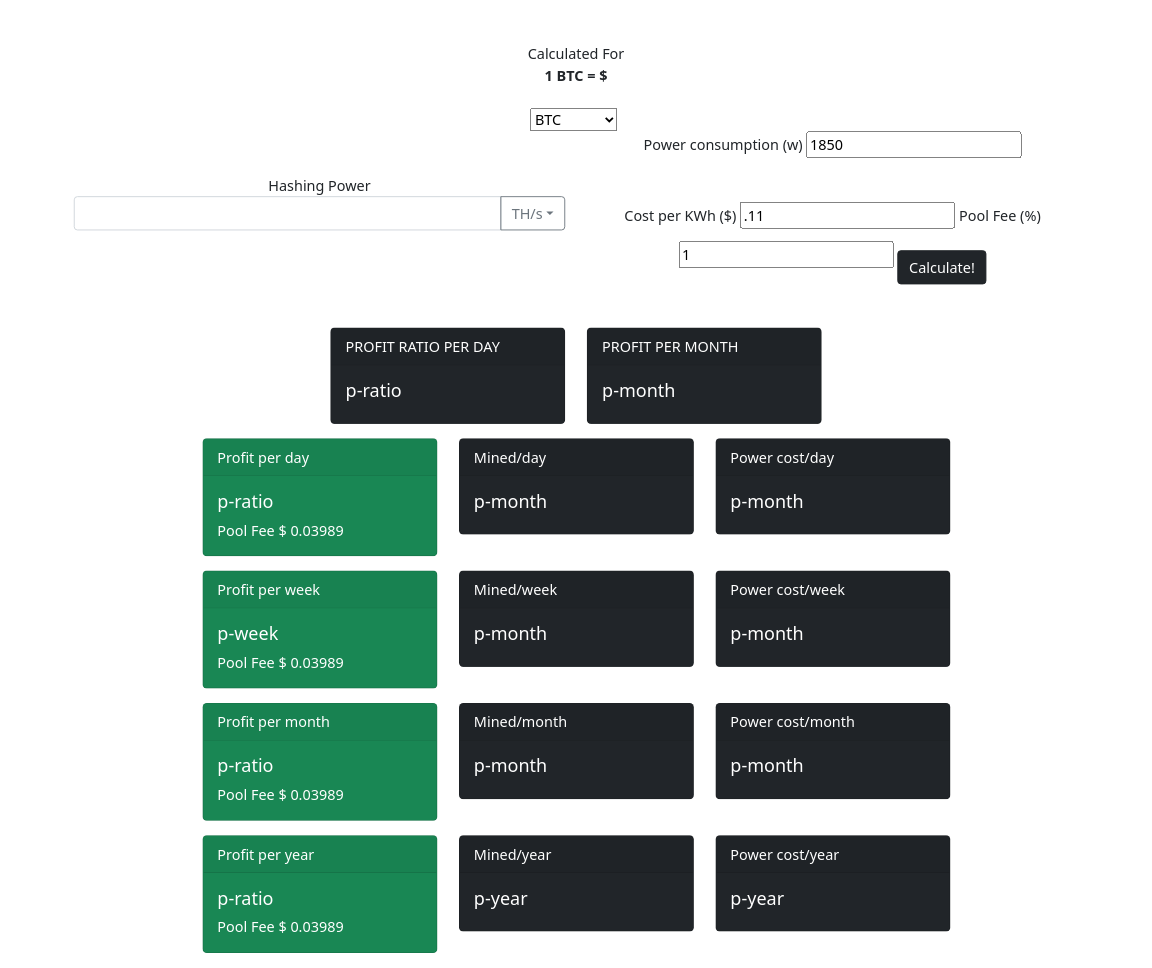
Repository: ibrkhalil/calculator
Page: index.html
An editor plug-in stored every save of this project. The page is shown before and after the next save, followed by the edit.
The browser window is 1280 px wide. The pictures show the whole page, at 90% of full size.
The page's requests for data from a server got no answer.

Above is the page before, as saved 2021-10-20 11:53:56.

After the next save:
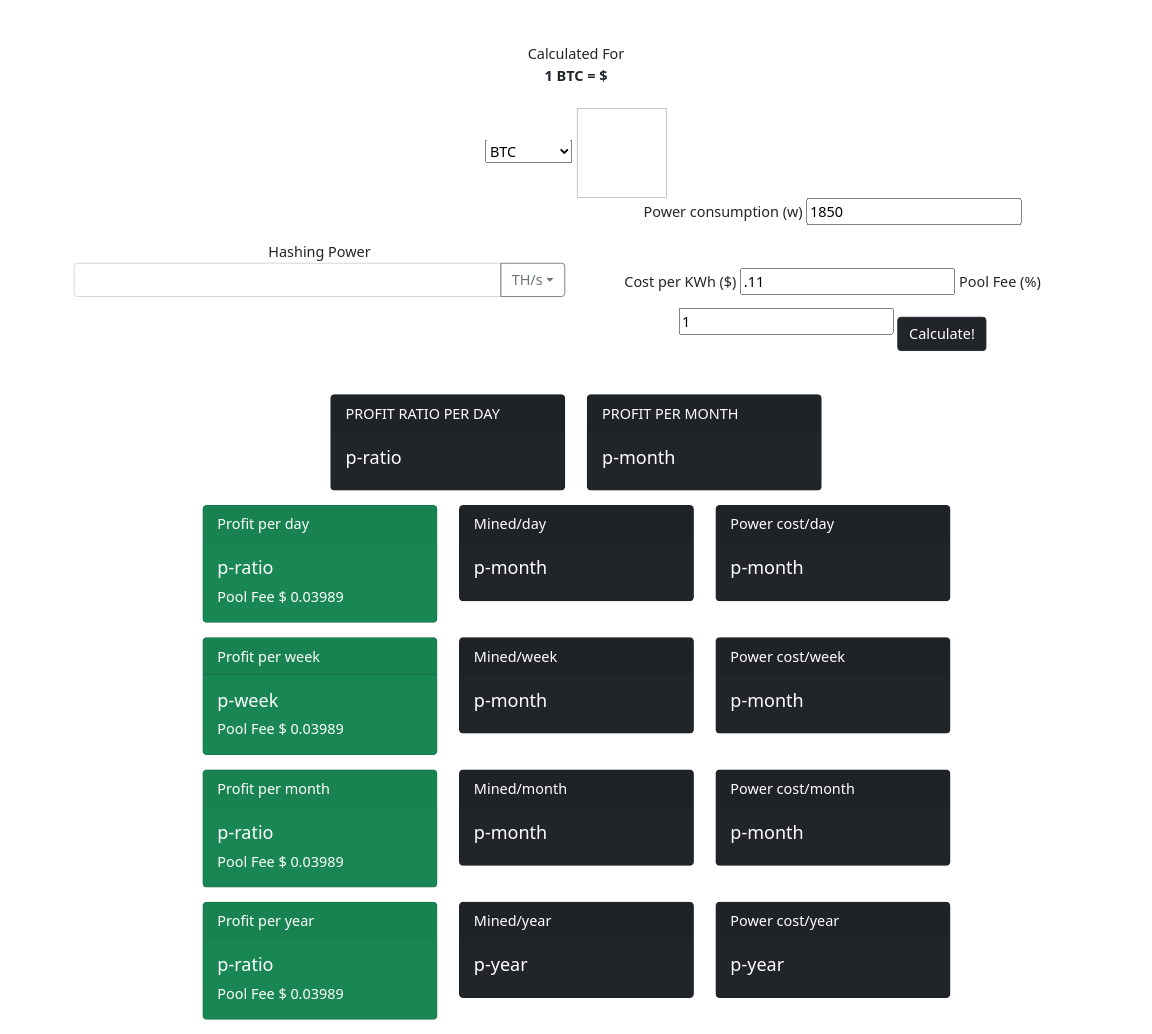
Saved 13 s later.
--- a/index.html
+++ b/index.html
@@ -27,7 +27,7 @@
                             <option value="LiteCoin">LiteCoin</option>
                             <option value="DogeCoin">DogeCoin</option>
                         </select>
-                        <img id="iconImg" />
+                        <img id="iconImg" width="100" height="100" />
                     </div>
                     <div class="col-md-6">
                         <div class="mt-5 justify-content-center ">
